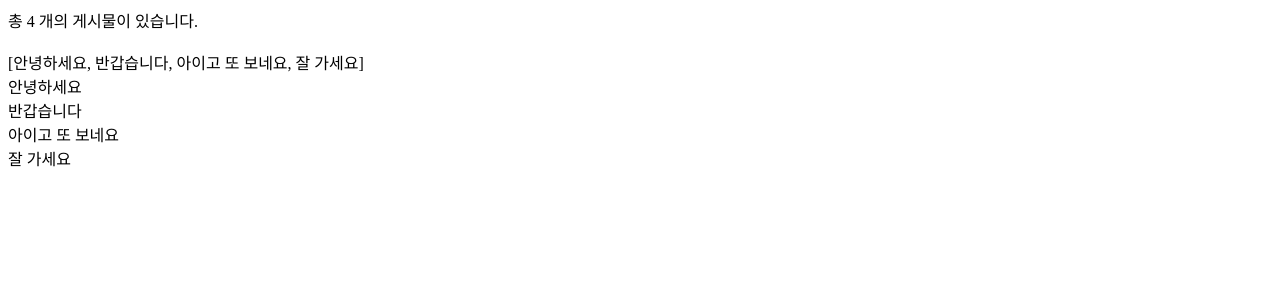
Repository: trapezer84/JSP
Page: http://localhost/AD_HelloJSTL/list
These files come from the project's save history. The page is drawn as it stood at one moment and after the next save; the edit follows.
The browser window is 1280 px wide. The pictures show the whole page.
The page is served by Tomcat 9.

Above is the page before, as saved 2016-02-04 02:23:48.

### AD_HelloJSTL/WebContent/list.jsp
<%@ page language="java" contentType="text/html; charset=UTF-8"
    pageEncoding="UTF-8"%>
<%@ taglib prefix="c" uri="http://java.sun.com/jsp/jstl/core"%>
<!DOCTYPE html>
<html>
<head>
<meta http-equiv="Content-Type" content="text/html; charset=UTF-8">
<title>Insert title here</title>
</head>
<body>

총 ${ subjectCount } 개의 게시물이 있습니다.<br/>
<br/>
<c:forEach var="subj" items="${subject}">
	JSTL로 반복시켜 출력한 제목들 .... ${ subj }
</c:forEach>

${ subjects } <br/>
${ subjects[0] } <br/>
${ subjects[1] } <br/>
${ subjects[2] } <br/>
${ subjects[3] } <br/>

</body>
</html>

### AD_HelloJSTL/src/com/ktds/leinalee/ViewListServlet.java
package com.ktds.leinalee;

import java.io.IOException;
import java.util.ArrayList;
import java.util.List;

import javax.security.auth.Subject;
import javax.servlet.RequestDispatcher;
import javax.servlet.ServletException;
import javax.servlet.http.HttpServlet;
import javax.servlet.http.HttpServletRequest;
import javax.servlet.http.HttpServletResponse;

/**
 * Servlet implementation class ViewListServlet
 */
public class ViewListServlet extends HttpServlet {
	private static final long serialVersionUID = 1L;

    /**
     * @see HttpServlet#HttpServlet()
     */
    public ViewListServlet() {
        super();
    }

	/**
	 * @see HttpServlet#doGet(HttpServletRequest request, HttpServletResponse response)
	 */
	protected void doGet(HttpServletRequest request, HttpServletResponse response) throws ServletException, IOException {
		this.doPost(request, response);
	}

	/**
	 * @see HttpServlet#doPost(HttpServletRequest request, HttpServletResponse response)
	 */
	protected void doPost(HttpServletRequest request, HttpServletResponse response) throws ServletException, IOException {

		List<String> subjects = new ArrayList<String>();
		subjects.add("안녕하세요");
		subjects.add("반갑습니다");
		subjects.add("아이고 또 보네요");
		subjects.add("잘 가세요");

		int subjectCount = subjects.size();

		//setAttribute는 변수를 보내주는 것....
		request.setAttribute("subjectCount", subjectCount);
		request.setAttribute("subjects", subjects);

		RequestDispatcher rd = request.getRequestDispatcher("/list.jsp");
		rd.forward(request, response);


	}

}

After the next save:
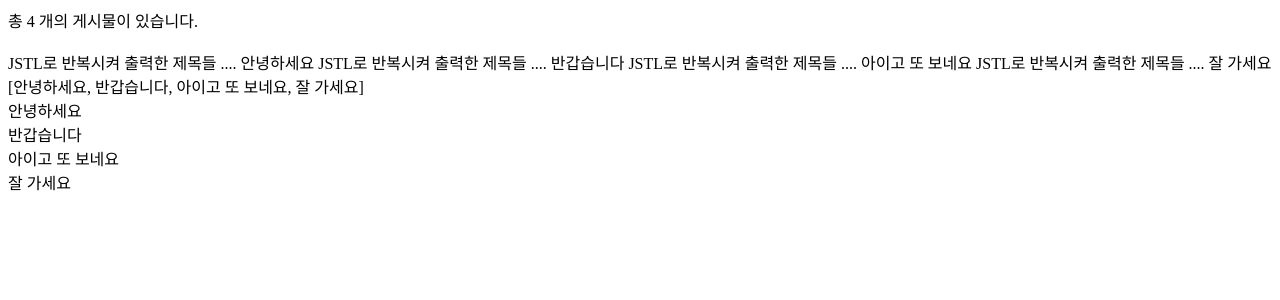
Saved 25 s later.
--- a/AD_HelloJSTL/WebContent/list.jsp
+++ b/AD_HelloJSTL/WebContent/list.jsp
@@ -11,7 +11,7 @@
 
 총 ${ subjectCount } 개의 게시물이 있습니다.<br/>
 <br/>
-<c:forEach var="subj" items="${subject}">
+<c:forEach var="subj" items="${subjects}">
 	JSTL로 반복시켜 출력한 제목들 .... ${ subj }
 </c:forEach>
 
